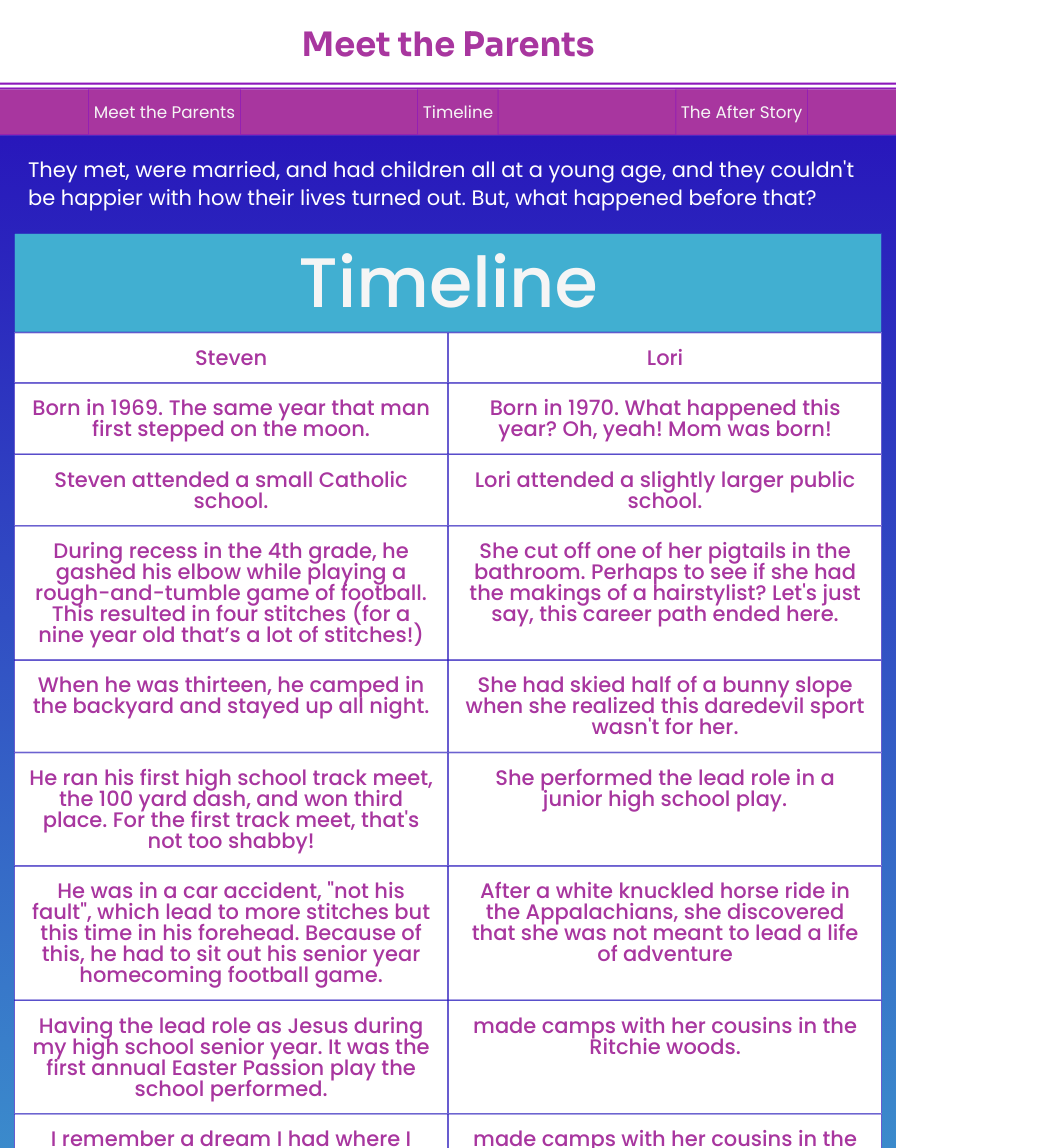
Repository: Sbethm/parents-tribute
Page: timeline.html
The author's editor kept a copy of each file at every save. The page is drawn from the files as they stood at one save, then again after a run of saves.
The browser window is 1280 px wide. The page is 1282 px wide, then 1497 px, so the pictures cover 1497 px, including what lies to the right of the window. The pictures show the part of the page from y = 0 to 1640 px (the page is 2381 px tall before and 3492 px after), at 70% of full size.

Above is the page before, as saved 2021-02-11 17:30:22.

### timeline.html
<!DOCTYPE html>
<html>
    <head>
      <meta charset="UTF-8">
      <title>Meet the Parents</title>
      <meta name="description" content="A choose your own story adventure game">
      <meta name="viewport" content="width=device-width, initial-scale=1.0">
      <link rel="preconnect" href="https://fonts.gstatic.com">
      <link href="https://fonts.googleapis.com/css2?family=Poppins:ital,wght@0,400;0,500;0,600;0,700;0,800;0,900;1,400;1,500;1,600;1,700;1,800;1,900&family=Sora:wght@400;500;600;700;800&display=swap" rel="stylesheet"> <!--
        This is used for headings:
        font-family: 'Sora', sans-serif;
        This is used for content:
        font-family: 'Poppins', sans-serif;-->
      <link href="style.css" type="text/css" rel="stylesheet">
    </head>

    <body>

      <header>
        <h1>Meet the Parents</h1>
        <nav class="navigation">
          <a href="index.html">Meet the Parents</a>
          <a href="timeline.html">Timeline</a>
          <a href="aftermarriage.html">The After Story</a>
          </nav>
      </header>
      <main>
        <section>
            <p>They met, were married, and had children all at a young age, and they couldn't be happier with how their lives turned out. But, what happened before that?</p>
        </section>
        <div class="grid">
            <div class="grid-box tl">Timeline</div>
            <div class="grid-box dad">Steven</div>
            <div class="grid-box mom">Lori</div>
            <!---------Dad's Grid Boxes---------->
            <div class="grid-box f-1">Born in 1969. The same year that man  first stepped on the moon.</div>
            <div class="grid-box f-2">Steven attended a small Catholic school.</div>
            <div class="grid-box f-3">During recess in the 4th grade, he gashed his elbow while playing a rough-and-tumble game of football. This resulted in four stitches (for a nine year old that’s a lot of stitches!)</div>
            <div class="grid-box f-4">When he was thirteen, he camped in the backyard and stayed up all night.</div>
            <div class="grid-box f-5">He ran his first high school track meet, the 100 yard dash, and won third place. For the first track meet, that's not too shabby!</div>
            <div class="grid-box f-6">He was in a car accident, "not his fault", which lead to more stitches but this time in his forehead. Because of this, he had to sit out his senior year homecoming football game.</div>
            <div class="grid-box f-7">Having the lead role as Jesus during my high school senior year. It was the first annual Easter Passion play the school performed.</div>
            <div class="grid-box f-8">I remember a dream I had where I met a beautiful girl, at a homecoming dance, who I eventually married and we had two terrific kids who eventually married and gave me two more kids to enjoy time with.</div>
            <!---------Mom's Grid Boxes---------->
            <div class="grid-box m-1">Born in 1970. What happened this year? Oh, yeah! Mom was born!</div>
            <div class="grid-box m-2">Lori attended a slightly larger public school.</div>
            <div class="grid-box m-3">She cut off one of her pigtails in the bathroom. Perhaps to see if she had the makings of a hairstylist? Let's just say, this career path ended here.</div>
            <div class="grid-box m-4">She had skied half of a bunny slope when she realized this daredevil sport wasn't for her.</div>
            <div class="grid-box m-5">She performed the lead role in a junior high school play.</div>
            <div class="grid-box m-6">After a white knuckled horse ride in the Appalachians, she discovered that she was not meant to lead a life of adventure</div>
            <div class="grid-box m-7">made camps with her cousins in the Ritchie woods.</div>
            <div class="grid-box m-8">made camps with her cousins in the Ritchie woods.</div>
            <!--------After They Met Boxes------->
            <div class="grid-box fm-1">Met in ____ when Steven was 21 and Lori was 19 years old.</div>
            <div class="grid-box fm-2">At the age of 21, Lori gave birth to Sarah (me!).</div>
            <div class="grid-box fm-3">One year later (obviously not satisfied with their first child) Lori and Steven had their second child, a son named John.</div>
        </div>
      </main>
      <footer>
        <img class="icon" src="img/profile_icon.png" alt="profile icon">
        Sarah Moosa
        <br><br>
        <img class="icon" src="img/home_icon.png" alt="home icon">
        Meet the Parents
      </footer>
    </body>

</html>

### style.css
/*
html5doctor.com Reset Stylesheet
v1.6.1
Last Updated: 2010-09-17
Author: Richard Clark - http://richclarkdesign.com
Twitter: @rich_clark
*/

html, body, div, span, object, iframe,
h1, h2, h3, h4, h5, h6, p, blockquote, pre,
abbr, address, cite, code,
del, dfn, em, img, ins, kbd, q, samp,
small, strong, sub, sup, var,
b, i,
dl, dt, dd, ol, ul, li,
fieldset, form, label, legend,
table, caption, tbody, tfoot, thead, tr, th, td,
article, aside, canvas, details, figcaption, figure,
footer, header, hgroup, menu, nav, section, summary,
time, mark, audio, video {
    margin:0;
    padding:0;
    border:0;
    outline:0;
    font-size:100%;
    vertical-align:baseline;
    background:transparent;
}

body {
    line-height:1;
}

article,aside,details,figcaption,figure,
footer,header,hgroup,menu,nav,section {
    display:block;
}

nav ul {
    list-style:none;
}

blockquote, q {
    quotes:none;
}

blockquote:before, blockquote:after,
q:before, q:after {
    content:'';
    content:none;
}

a {
    margin:0;
    padding:0;
    font-size:100%;
    vertical-align:baseline;
    background:transparent;
}

/* change colours to suit your needs */
ins {
    background-color:#ff9;
    color:#000;
    text-decoration:none;
}

/* change colours to suit your needs */
mark {
    background-color:#ff9;
    color:#000;
    font-style:italic;
    font-weight:bold;
}

del {
    text-decoration: line-through;
}

abbr[title], dfn[title] {
    border-bottom:1px dotted;
    cursor:help;
}

table {
    border-collapse:collapse;
    border-spacing:0;
}

/* change border colour to suit your needs */
hr {
    display:block;
    height:1px;
    border:0;
    border-top:1px solid #cccccc;
    margin:1em 0;
    padding:0;
}

input, select {
    vertical-align:middle;
}

/* MY CODE BELOW */

body {
    width: 100vw;
}

main {
    width: calc(100vw - 40px);
    height: 100%;
    padding: 20px 20px;
    background-color: rgb(255, 255, 255);
}

header {
    width: 100vw;
    padding-top: 40px;
    color: rgb(168, 54, 159);
    background-color: rgb(255, 255, 255);
    display: flex;
    flex-direction: column;
    justify-content: center;
}

h1 {
    width: 100%;
    font-family: 'Sora', sans-serif;
    font-size: 3em;
    font-weight: 700;
    text-align: center;
    border-bottom: double 10px rgb(140, 23, 187);
    padding-bottom: 30px;
}

.navigation {
    width: 100%;
    background-color: rgb(168, 54, 159);
    text-align: center;
    border-bottom: solid 1px rgb(140, 23, 187);
    display: flex;
    flex-direction: row;
    justify-content: space-around;
}

a {
    padding: 20px 7px;
    background-color: rgb(168, 54, 159);
    font-family: 'Poppins', sans-serif;
    font-size: 1em;
    color: whitesmoke;
    text-decoration: none;
    border-left: solid 1px rgb(140, 23, 187);
    border-right: solid 1px rgb(140, 23, 187);
}

a:hover {
    background-color: wheat;
}

section {
    width: 100%;
    background-color: rgb(65, 175, 209);
    border: solid 1px rgb(40, 23, 187);
}

h2 {
    max-width: 100%;
    padding: 10px 20px;
    font-family: 'Sora', sans-serif;
    font-size: 1.5em;
    font-weight: 600;
    color: rgb(168, 54, 159);
}

.disney-adventure__img,
.img-sitting {
    max-width: 100%;
    height: auto;
    justify-content: center;
    align-content: center;
    border-top: solid 3px whitesmoke;
    border-bottom: solid 3px whitesmoke;
}

p {
    padding: 10px 20px;
    font-family: 'Poppins', sans-serif;
    font-size: 1em;
    line-height: 20px;
    color: rgb(255, 255, 255);
}

.grid {
    display: grid;
    margin: 20px 0;
    grid-template-columns: 1fr 1fr;
    grid-template-rows: repeat(13, fit-content);
    grid-template-areas:
        "tl tl"
        "dad mom"
        "f-1 m-1"
        "f-2 m-2"
        "f-3 m-3"
        "f-4 m-4"
        "f-5 m-5"
        "f-6 m-6"
        "f-7 m-7"
        "f-8 m-8"
        "fm-1 fm-1"
        "fm-2 fm-2"
        "fm-3 fm-3";
}

.grid-box {
    border: solid 1px rgb(40, 23, 187);
    background-color: rgb(255, 255, 255);
    padding: 5px;
    color: rgb(168, 54, 159);
    text-align: center;
    font-family: 'Poppins', sans-serif;
    font-weight: 500;
    font-size: 1em;
}

.tl {
    grid-area: tl;
    font-size: 1.5em;
    font-weight: 500;
    color: whitesmoke;
    background-color: rgb(65, 175, 209);
}
.dad {
    grid-area: dad;
}

.mom {
    grid-area: mom;
}

.f-1 {
    grid-area: f-1;
}

.f-2 {
    grid-area: f-2;

}

.f-3 {
    grid-area: f-3;

}

.f-4 {
    grid-area: f-4;

}

.f-5 {
    grid-area: f-5;

}

.f-6 {
    grid-area: f-6;

}

.f-7 {
    grid-area: f-7;

}

.f-8 {
    grid-area: f-8;

}

.m-1 {
    grid-area: m-1;
}

.m-2 {
    grid-area: m-2;
}

.m-3 {
    grid-area: m-3;
}

.m-4 {
    grid-area: m-4;
}

.m-5 {
    grid-area: m-5;
}

.m-6 {
    grid-area: m-6;
}

.m-7 {
    grid-area: m-7;
}

.m-8 {
    grid-area: m-8;
}

.fm-1 {
    grid-area: fm-1;
}

.fm-2 {
    grid-area: fm-2;
}

.fm-3 {
    grid-area: fm-3;
}

footer {
    width: calc(100vw - 40px);
    height: 100px;
    padding: 40px 20px 0 20px;
    position: relative;
    bottom: 0;
    font-family: 'Poppins', sans-serif;
    font-size: 1em;
    font-weight: 500;
    border: solid 1px rgb(40, 23, 187);
}

.icon {
    width: 20px;
    height: auto;
}


@media screen and (min-width: 700px) and (max-width: 1500px) {

    main {
        background-image: linear-gradient(180deg, rgb(40, 23, 187), rgb(65, 175, 209));
    }

    a {
        font-size: 1.5em;
    }
    p {
        padding: 0;
        font-family: 'Poppins', sans-serif;
        font-size: 0.25em;
        line-height: 20px;
        color: rgb(255, 255, 255);
    }

    section {
        width: 100%;
        background-color: rgb(40, 23, 187, 0);
        border: none;
    }

    .section__intro {
        display: grid;
        grid-template-columns: 50% 50%;
        grid-template-rows: 100px 400px;
        grid-template-areas:
            "title p1"
            "picture p2";
    }

    section h2 {
        grid-area: title;
        align-self: center;
        justify-self: center;
    }

    h2 {
        font-size: 2.5em;
        color: rgb(243, 101, 231);
    }

    .img-sitting {
        max-height: 360px;
        margin-bottom: 20px;
        border: double 3px whitesmoke;
        grid-area: picture;
        justify-self: center;
        align-self: center;
    }

    .p1 {
        align-self: flex-start;
        grid-area: p2;
        font-size: 1.5em;
        padding-left: 40px;
    }

    .p2 {
        align-self: flex-end;
        grid-area: p2;
        font-size: 1.5em;
        padding-left: 40px;
        padding-bottom: 30px;
    }

    p {
        padding: 10px 20px;
        font-family: 'Poppins', sans-serif;
        font-size: 30px;
        line-height: 40px;
        color: rgb(255, 255, 255);
    }

    .grid {
        display: grid;
        margin: 20px 0;
        grid-template-columns: 1fr 1fr;
        grid-template-rows: repeat(13, fit-content);
        grid-template-areas:
            "tl tl"
            "dad mom"
            "f-1 m-1"
            "f-2 m-2"
            "f-3 m-3"
            "f-4 m-4"
            "f-5 m-5"
            "f-6 m-6"
            "f-7 m-7"
            "f-8 m-8"
            "fm-1 fm-1"
            "fm-2 fm-2"
            "fm-3 fm-3";
    }

    .grid-box {
        border: solid 1px rgb(40, 23, 187);
        background-color: rgb(255, 255, 255);
        padding: 20px;
        color: rgb(168, 54, 159);
        text-align: center;
        font-family: 'Poppins', sans-serif;
        font-weight: 500;
        font-size: 30px;
    }

    .tl {
        grid-area: tl;
        font-size: 100px;
        font-weight: 500;
        color: whitesmoke;
        background-color: rgb(65, 175, 209);
    }
    .dad {
        grid-area: dad;
    }

    .mom {
        grid-area: mom;
    }

    .f-1 {
        grid-area: f-1;
    }

    .f-2 {
        grid-area: f-2;

    }

    .f-3 {
        grid-area: f-3;

    }

    .f-4 {
        grid-area: f-4;

    }

    .f-5 {
        grid-area: f-5;

    }

    .f-6 {
        grid-area: f-6;

    }

    .f-7 {
        grid-area: f-7;

    }

    .f-8 {
        grid-area: f-8;

    }

    .m-1 {
        grid-area: m-1;
    }

    .m-2 {
        grid-area: m-2;
    }

    .m-3 {
        grid-area: m-3;
    }

    .m-4 {
        grid-area: m-4;
    }

    .m-5 {
        grid-area: m-5;
    }

    .m-6 {
        grid-area: m-6;
    }

    .m-7 {
        grid-area: m-7;
    }

    .m-8 {
        grid-area: m-8;
    }

    .fm-1 {
        grid-area: fm-1;
    }

    .fm-2 {
        grid-area: fm-2;
    }

    .fm-3 {
        grid-area: fm-3;
    }

    footer {
        width: calc(100vw - 40px);
        height: 200px;
        padding: 80px 20px 0 20px;
        font-family: 'Poppins', sans-serif;
        font-size: 40px;
        font-weight: 500;
        border: solid 1px rgb(40, 23, 187);
    }

    .icon {
        width: 40px;
        height: auto;
    }
}

/*@media only screen and (min-width: 900px) {
}*/

After the next 3 saves:
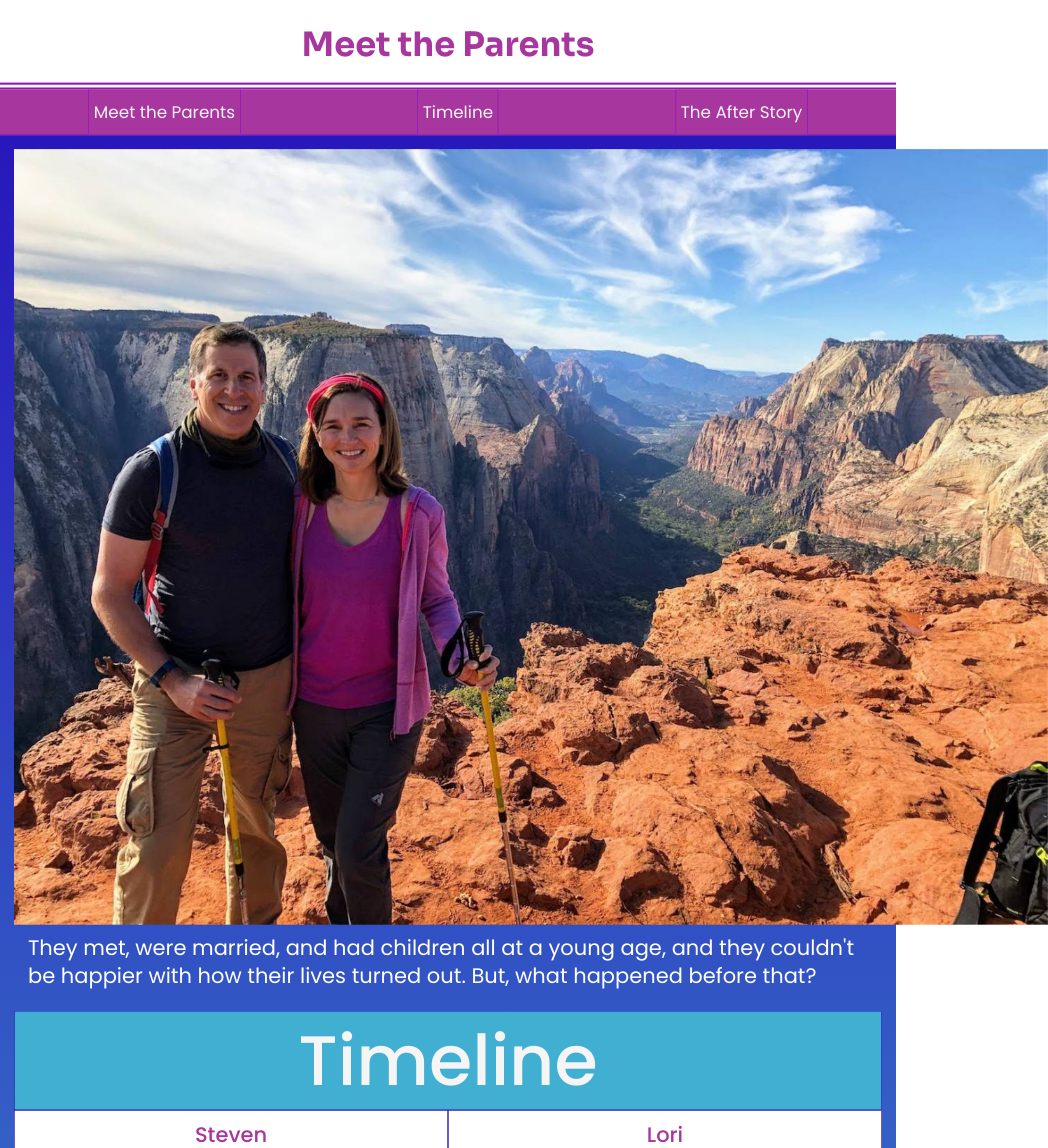
The 3 saves are shown as one change because they came seconds apart.
The last was saved 81 s later.
--- a/timeline.html
+++ b/timeline.html
@@ -26,6 +26,7 @@
       </header>
       <main>
         <section>
+            <img src="img/hiking.jpg" alt="">
             <p>They met, were married, and had children all at a young age, and they couldn't be happier with how their lives turned out. But, what happened before that?</p>
         </section>
         <div class="grid">
